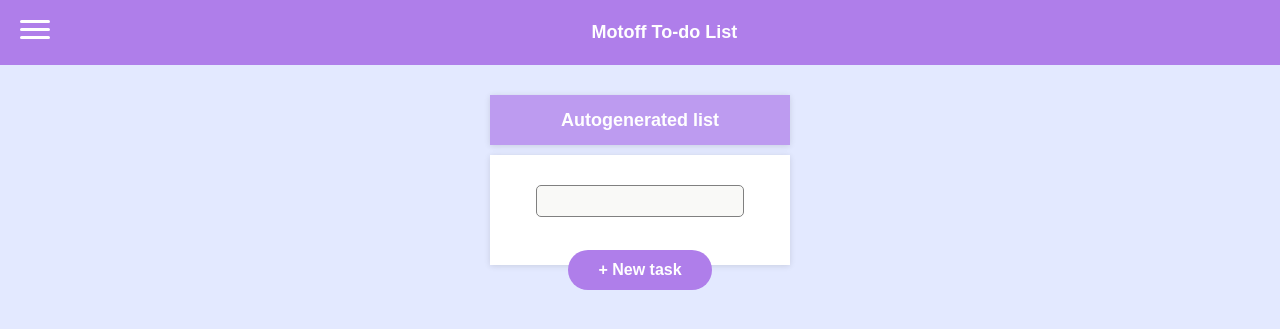
Repository: Amad-Mlinka/Todo-List-Vanilla-JS
Page: index.html
These files come from the project's save history. The page is drawn as it stood at one moment and after the next save; the edit follows.
The browser window is 1280 px wide. The pictures show the whole page.
The page's requests for data from a server got no answer.

Above is the page before, as saved 2021-09-15 15:24:38.

After the next save:
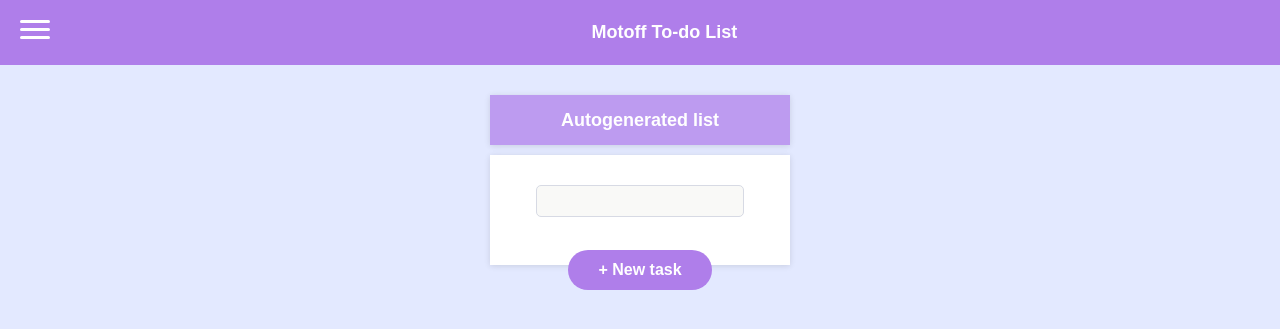
Saved 22 s later.
--- a/styles/style.css
+++ b/styles/style.css
@@ -126,6 +126,6 @@ body {
  height: 30px;
  width: 100%;
  border-radius: 5px;
- border: 1px solid gray;
+ border: 1px solid #d7dae4;
  background-color:#f9f9f7;
 }
